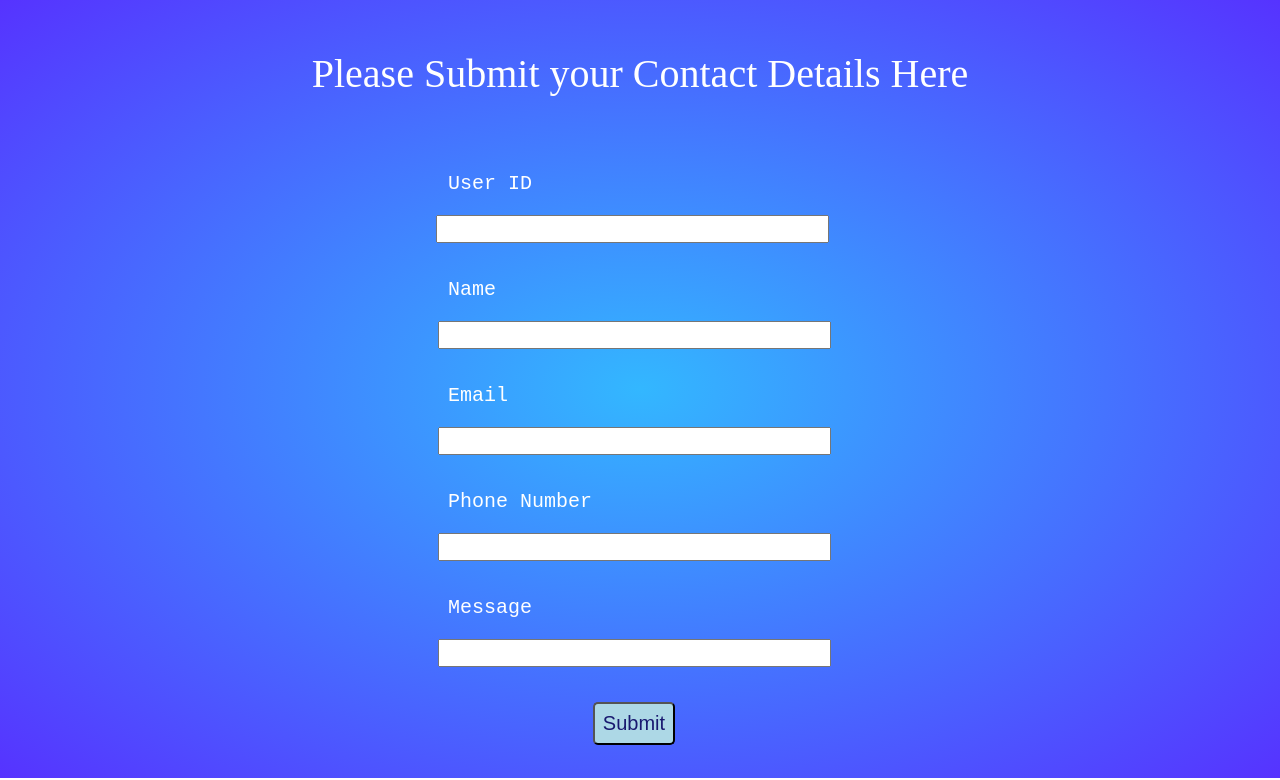
Repository: ShreyasG27/Amdocs-Training
Page: http://localhost/e-learning-frontend/contact.jsp
An editor plug-in stored every save of this project. The page is shown before and after the next save, followed by the edit.
The browser window is 1280 px wide. The pictures show the whole page.
The page is served by Tomcat 9. Other server files are loaded and not shown.

Above is the page before, as saved 2021-08-22 16:55:29.

### e-learning-frontend/src/main/webapp/contact.jsp
<%@ page language="java" contentType="text/html; charset=ISO-8859-1"
    pageEncoding="ISO-8859-1"%>
<!DOCTYPE html PUBLIC "-//W3C//DTD HTML 4.01 Transitional//EN" "http://www.w3.org/TR/html4/loose.dtd">
<html>
<head>
<meta http-equiv="Content-Type" content="text/html; charset=ISO-8859-1">
<title>Contact Page</title>
<style>
body{
	background-image: radial-gradient(#33B7FF,#5633ff);
	color: white;
	height: 100vh;
}
.heading{
font-size:40px;
margin-top: 50px;
}
.submitbutton{
	margin-left:460px;
	padding:8px;
	font-size:20px;
	color: midnightblue;
	background-color:lightblue;
	border-radius:5px;
	margin-top: 20px;
}
.submitbutton:hover{
	margin-left:460px;
	padding:8px;
	font-size:20px;
	color: midnightblue;
	background-color:cyan;
	border-radius:5px;
	margin-top: 20px;
}
.inputfld{
	margin-left: 430px;
	padding: 5px;
	broder-radius:10px;
	font-size:12px;
	width:30%;
}
.inputfld1{
	margin-left: 420px;
	padding: 5px;
	broder-radius:10px;
	font-size:12px;
	width:30%;
}
.inputfld2{
	margin-left: 438px;
	padding: 5px;
	broder-radius:10px;
	font-size:12px;
	width:30%;
}
.txtfld{
	font-size:20px;
	margin-left:440px;
}
ul {
  list-style-type: none;
  margin: 0;
  padding: 0;
  overflow: hidden;
  background-color: #333;
}

li {
  float: left;
}

li a {
  display: block;
  color: white;
  text-align: center;
  padding: 14px 16px;
  text-decoration: none;
}

li a:hover:not(.active) {
  background-color: #111;
}

.active {
  background-color: #04AA6D;
}
</style>
</head>
<body>
<center><p class="heading">Please Submit your Contact Details Here</p></center>

<form action="contact" method="POST">
    <pre>
    <p class="txtfld">User ID</p> <input class="inputfld1" type="number" name="userid">
    <p class="txtfld">Name</p><input class="inputfld" type="text" name="name">
    <p class="txtfld">Email</p><input class="inputfld" type="email" name="email">
    <p class="txtfld">Phone Number</p><input class="inputfld" type="number" name="phone">
    <p class="txtfld">Message</p><input class="inputfld" type="text" name="message">

                <input class="submitbutton" type="submit" value="Submit"><br>
    </pre>
</form>
</body>
</html>

After the next save:
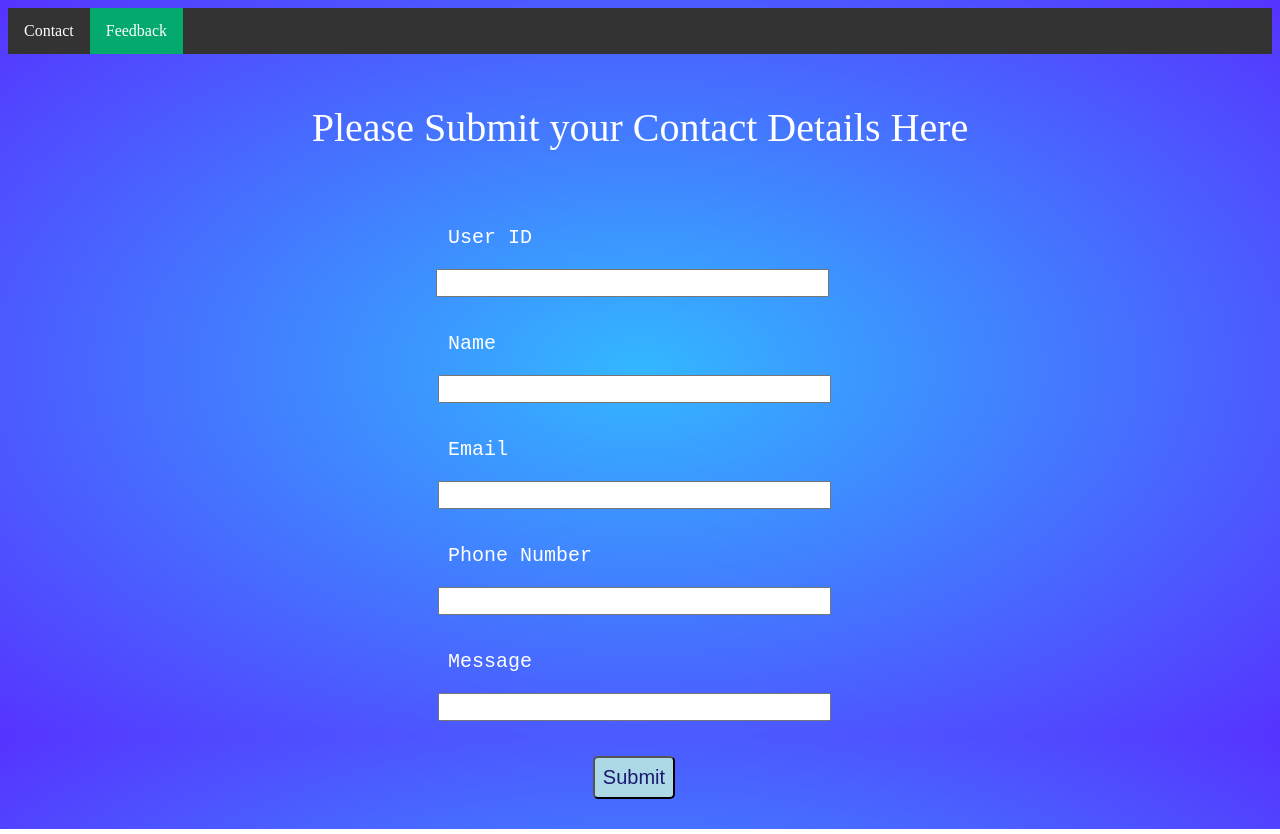
Saved 20 s later.
--- a/e-learning-frontend/src/main/webapp/contact.jsp
+++ b/e-learning-frontend/src/main/webapp/contact.jsp
@@ -88,6 +88,10 @@ li a:hover:not(.active) {
 </style>
 </head>
 <body>
+<ul>
+  <li><a href="contact.jsp">Contact</a></li>
+  <li><a class="active" href="feedback.jsp">Feedback</a></li>
+</ul>
 <center><p class="heading">Please Submit your Contact Details Here</p></center>
 
 <form action="contact" method="POST">
